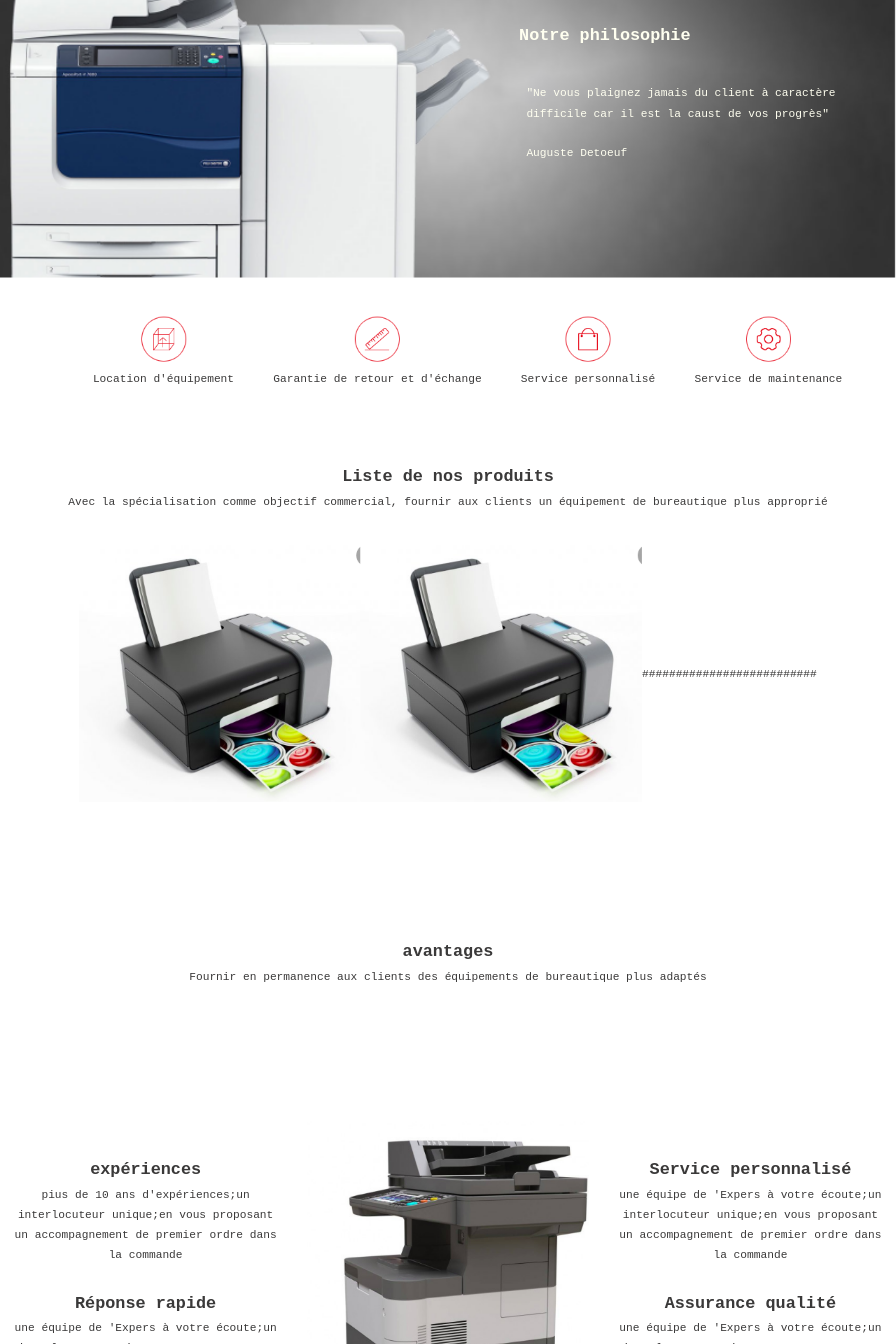
Repository: clairedupuich/sv_print
Page: index.html
These files come from the project's save history. The page is drawn as it stood at one moment and after the next save; the edit follows.
The browser window is 1280 px wide. The pictures show the part of the page from y = 308 to 2228 px (the page is 4261 px tall), at 70% of full size.

Above is the page before, as saved 2020-12-02 23:11:40.
Console error: TypeError: Cannot read properties of null (reading 'appendChild')

After the next save:
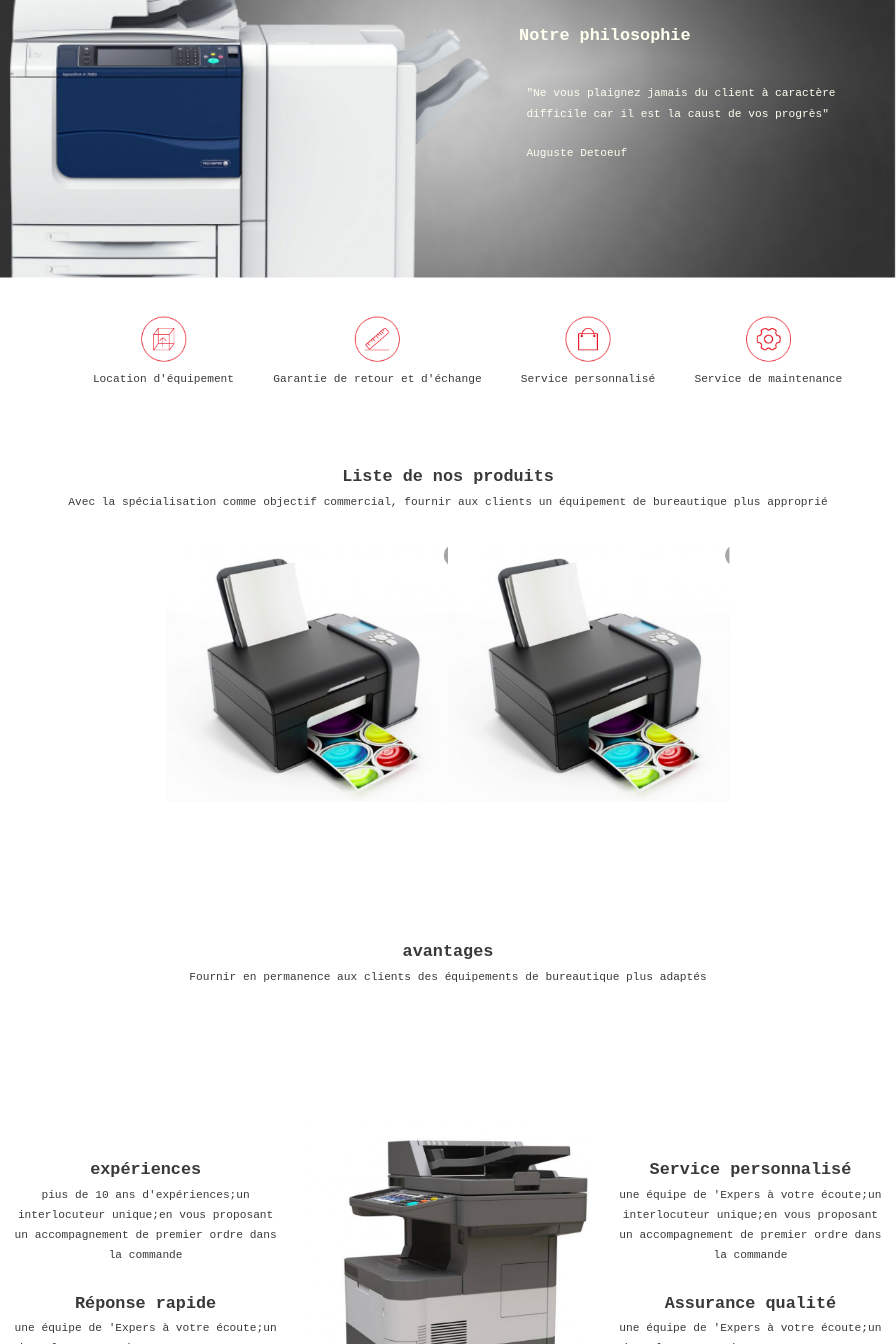
Saved 12 s later.
--- a/index.html
+++ b/index.html
@@ -116,7 +116,7 @@
   </div>
   <img src="img/Capture d’écran du 2020-11-30 22-51-18.png" alt="" class="produit_list">
   <div class="absolut1">
-    <pclass="product_discription">##########################</p>
+    <p class="product_discription">##########################</p>
 </div>
 
 <!-- 优势 -->
